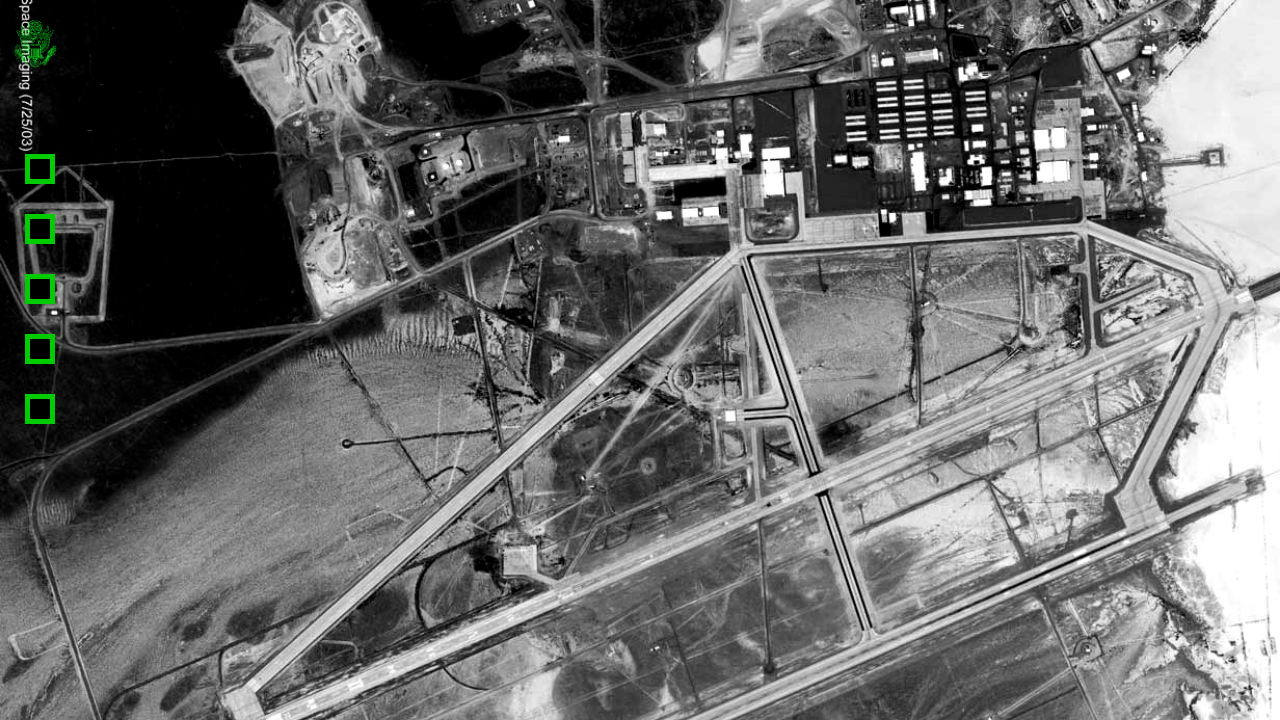
Repository: bradk647/bradk647.github.io
Page: TypeWeb/Area51/area511.html
The author's editor kept a record of every edit. The page is drawn from the files as they stood at one moment, then again after the next edit.
The browser window is 1280 px wide. The pictures show the whole page.

Above is the page before.

After the next edit:
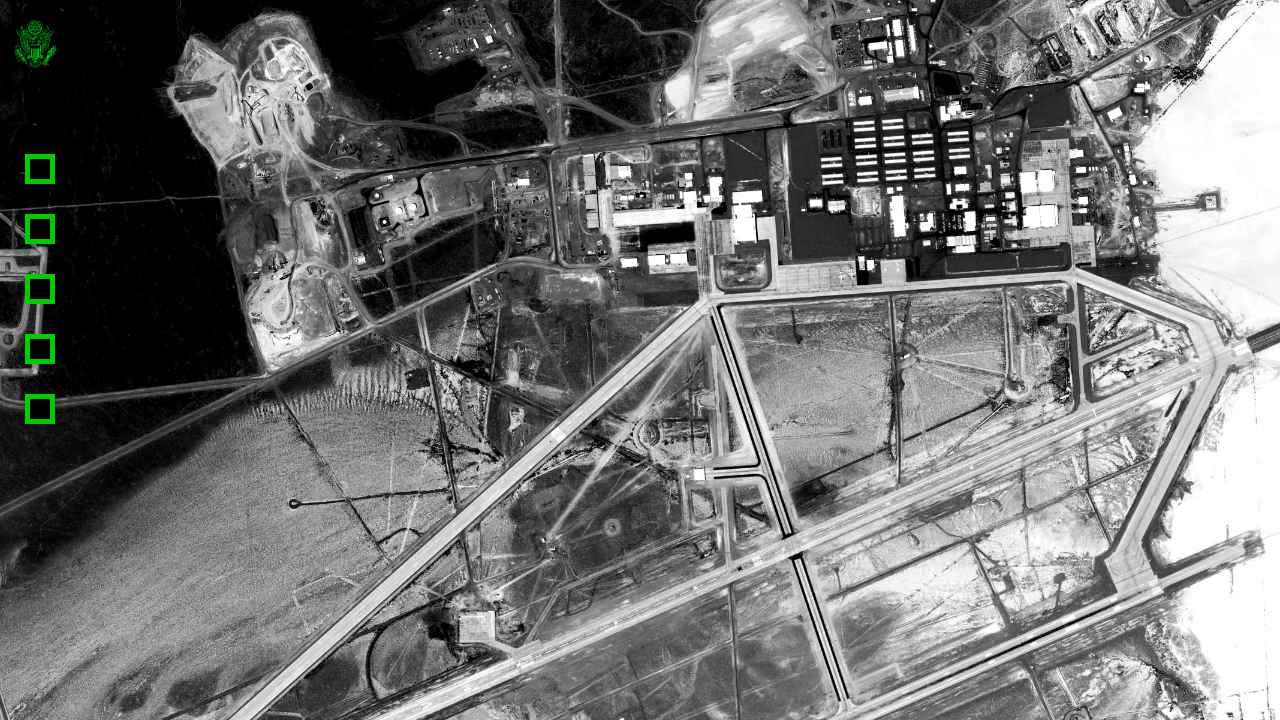
The edit:
--- a/TypeWeb/Area51/area51.css
+++ b/TypeWeb/Area51/area51.css
@@ -3,7 +3,7 @@
   margin: 0;
   overflow: hidden;
   position: relative;
-background-image: url('51.jpg');
+  background-image: url('area_51_satellige_image_july_03.jpg');
   height: 100%;
   -webkit-background-size: cover;
      -moz-background-size: cover;
